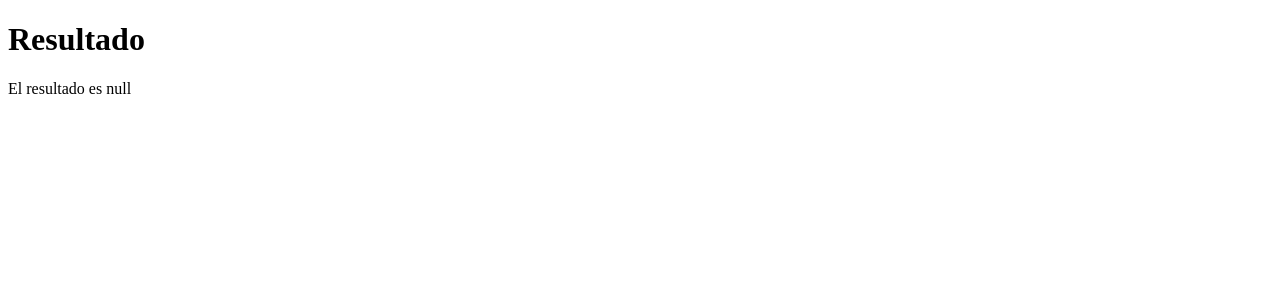
Repository: jcsanceledonio/java_2019_0396_2
Page: http://localhost/javaWebApp/resultado.jsp
An editor plug-in stored every save of this project. The page is shown before and after the next save, followed by the edit.
The browser window is 1280 px wide. The pictures show the whole page.
The page is served by Tomcat 9. Other server files are loaded and not shown.

Above is the page before, as saved 2019-11-18 12:51:16.

### javaWebApp/src/main/webapp/resultado.jsp
<%@ page language="java" contentType="text/html; charset=ISO-8859-1"
    pageEncoding="ISO-8859-1"%>
<!DOCTYPE html>
<html>
<head>
<meta charset="ISO-8859-1">
<title>Insert title here</title>
</head>
<body>

<h1>Resultado</h1>

<%

	String resultado = (String)request.getAttribute("resultado");

%>

<p>El resultado es <%=resultado%></p>


</body>
</html>

After the next save:
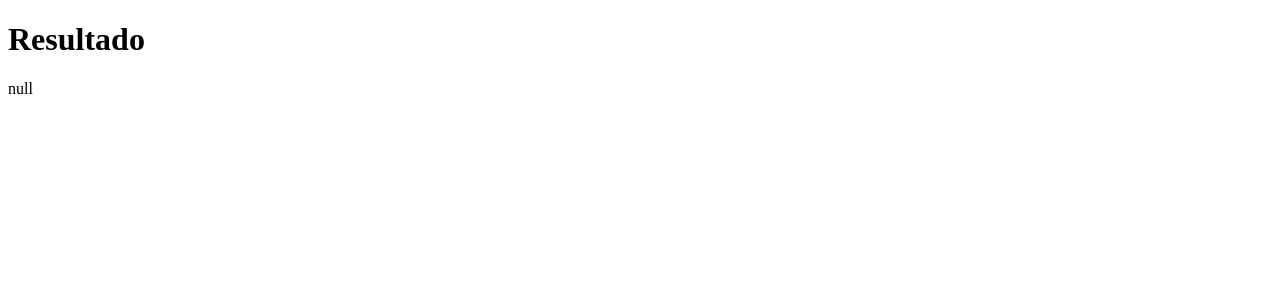
Saved 1 s later.
--- a/javaWebApp/src/main/webapp/resultado.jsp
+++ b/javaWebApp/src/main/webapp/resultado.jsp
@@ -11,13 +11,10 @@
 <h1>Resultado</h1>
 
 <%
-
 	String resultado = (String)request.getAttribute("resultado");
-
 %>
 
-<p>El resultado es <%=resultado%></p>
-
+<p><%=resultado%></p>
 
 </body>
 </html>
